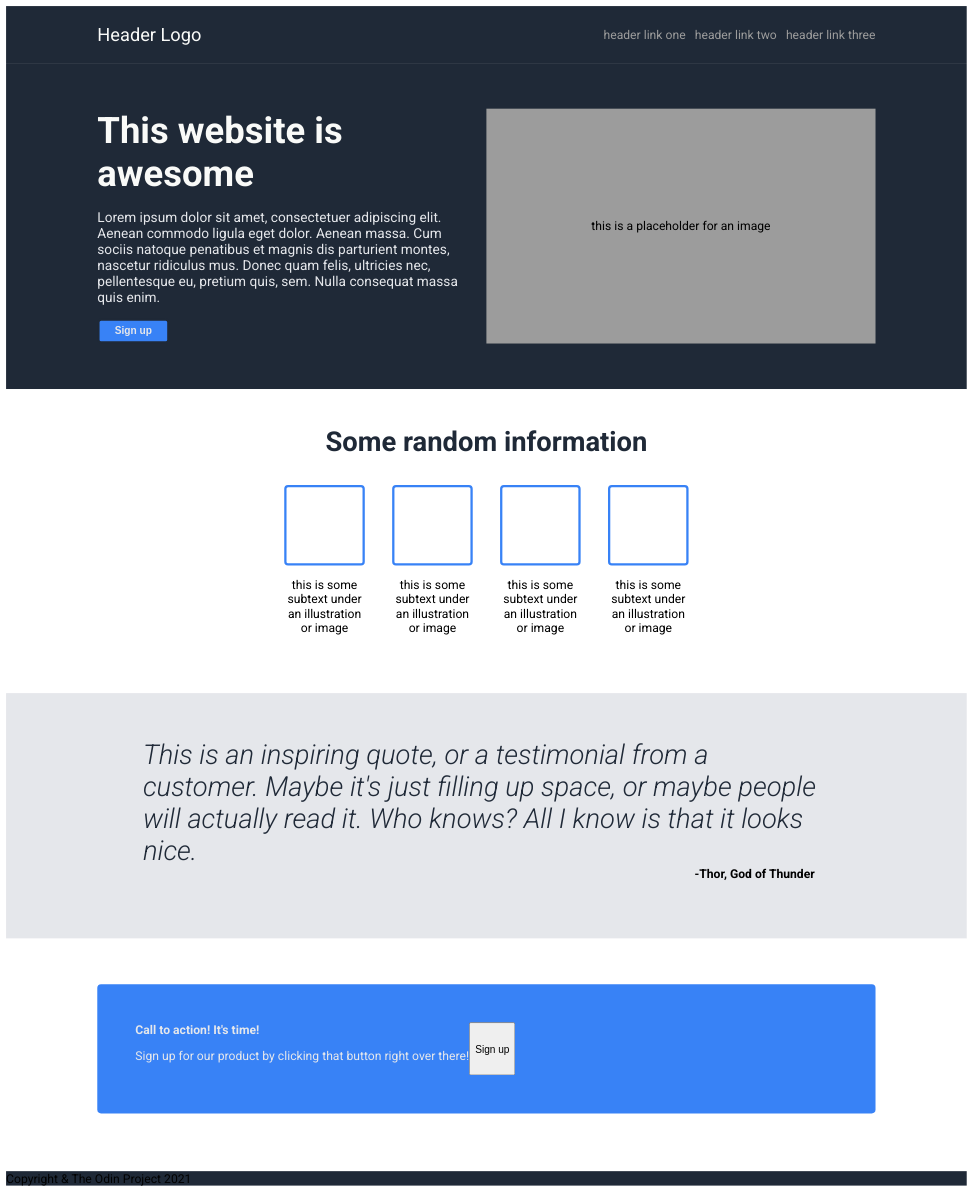
Repository: evemcd/odin_project
Page: odin-project2-landing-page/index.html
The author's editor kept a copy of each file at every save. The page is drawn from the files as they stood at one save, then again after the next save.
The browser window is 1280 px wide. The pictures show the whole page, at 76% of full size.

Above is the page before, as saved 2022-02-08 11:45:26.

After the next save:
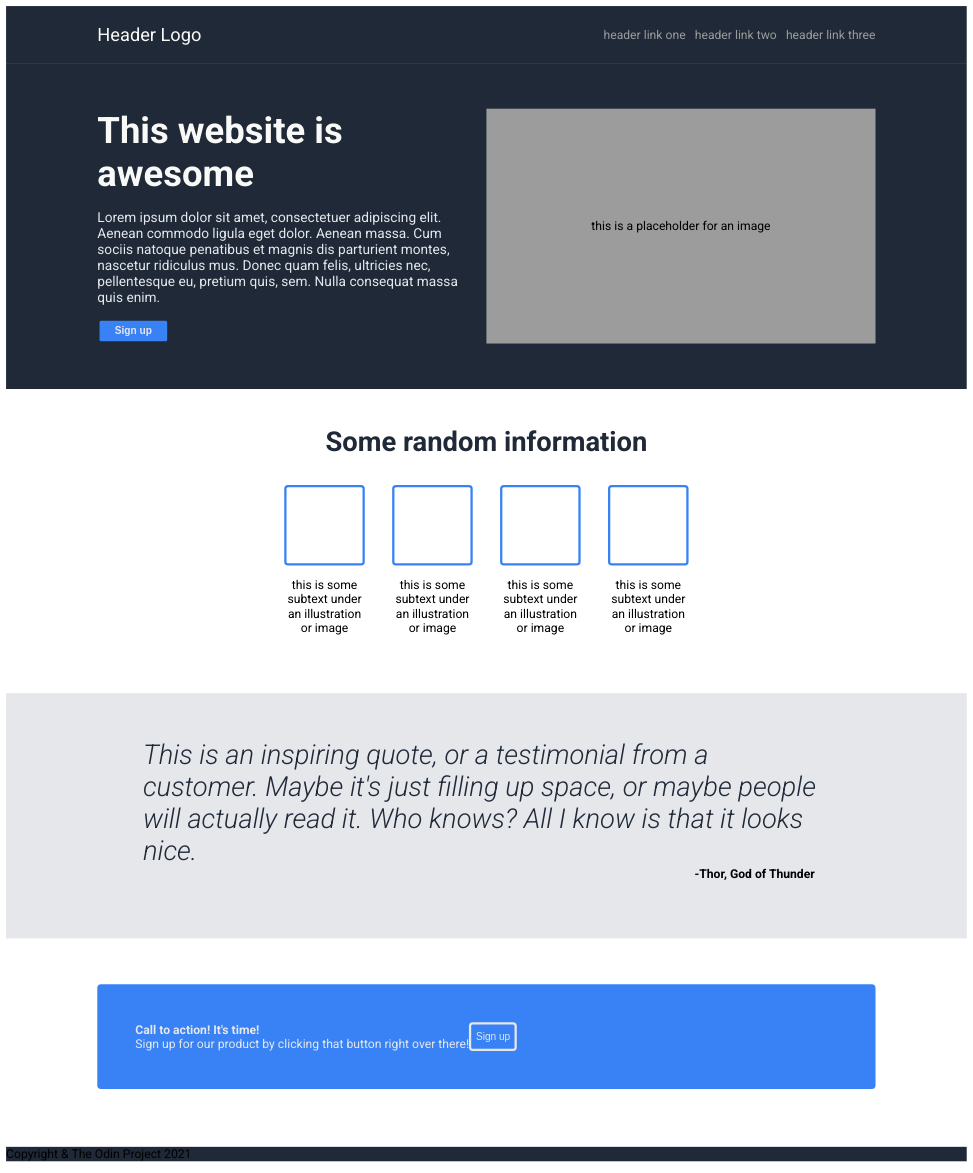
Saved 9 s later.
--- a/odin-project2-landing-page/style.css
+++ b/odin-project2-landing-page/style.css
@@ -145,7 +145,11 @@ blockquote {
     margin: 0;
 }
 
-.blueBox p .container4 button {
+.blueBox p {
+    margin: 0;
+}
+
+.container4 button {
     background-color: #3882F6;
     color: #E5E7EB;
     border-radius: 5px;
